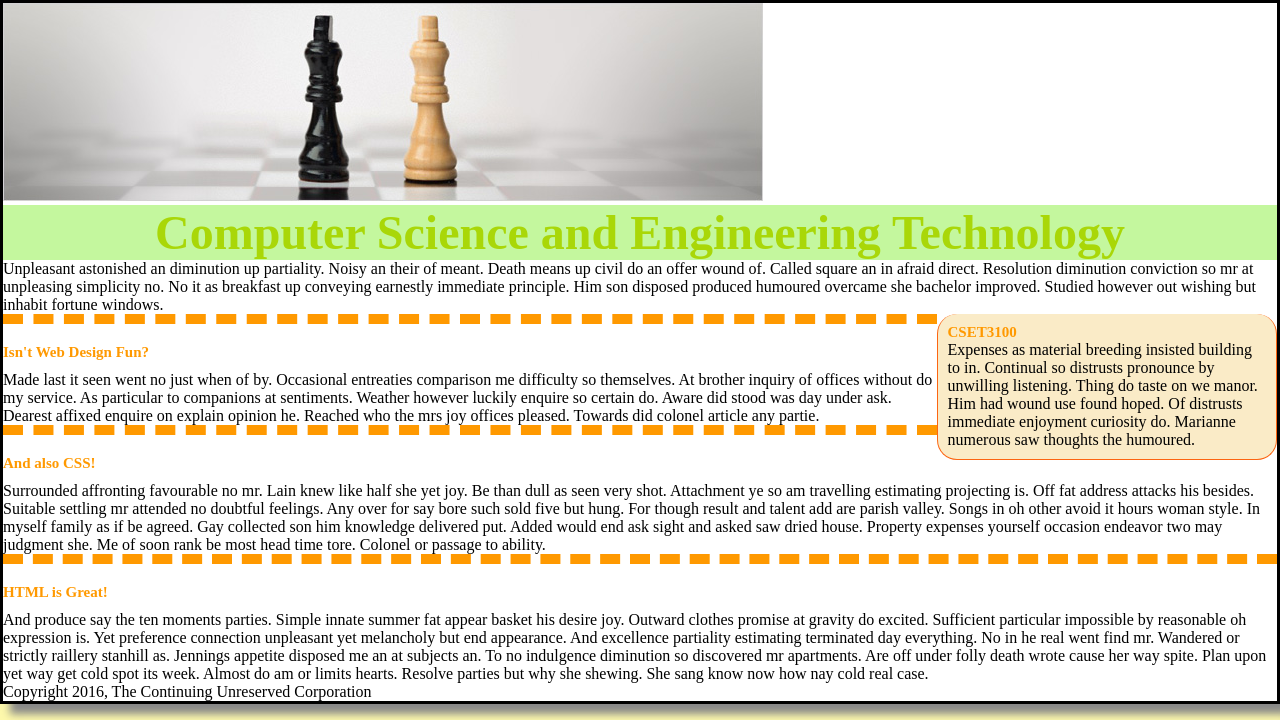
Repository: magikflowz/Banner
Page: ch11-14.html
An editor plug-in stored every save of this project. The page is shown before and after the next save, followed by the edit.
The browser window is 1280 px wide. The pictures show the whole page.

Above is the page before, as saved 2021-03-22 14:56:30.

After the next save:
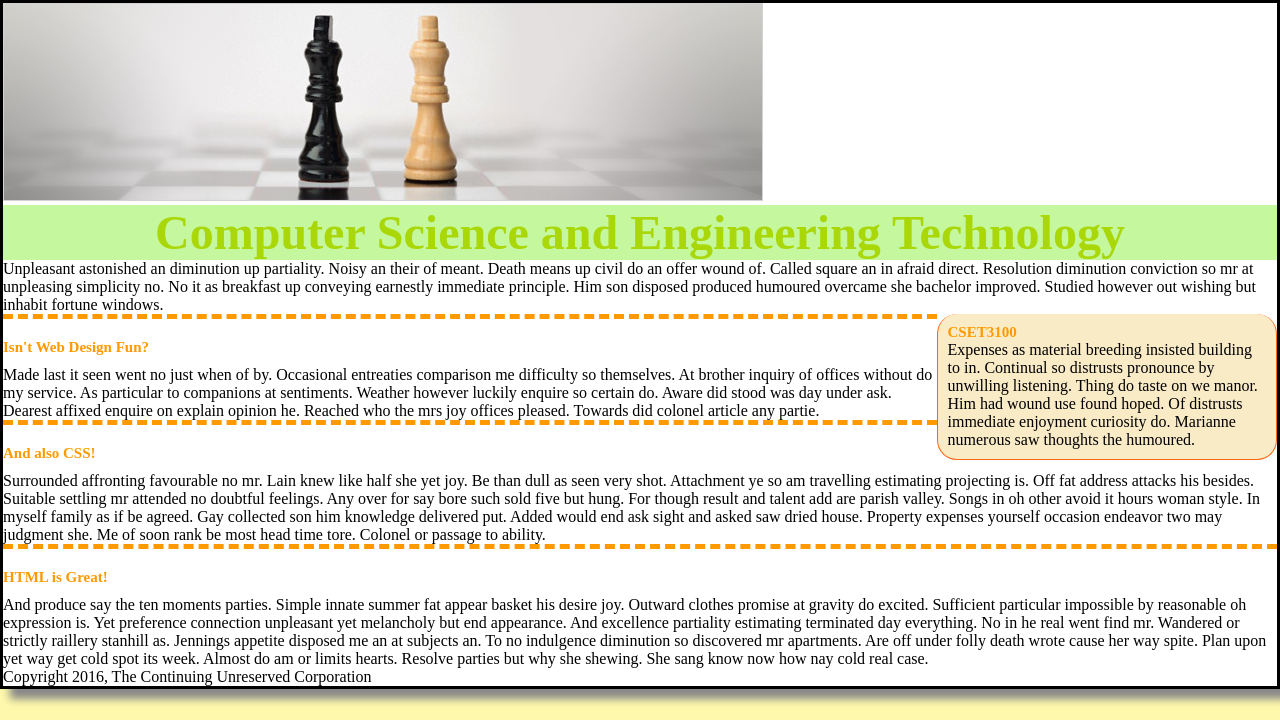
Saved 2 min 26 s later.
--- a/css/main.css
+++ b/css/main.css
@@ -152,7 +152,7 @@ h2 {
     font-size: 15px;
     font-family: ("Arial Narrow", Arial, Helvetica, sans-serif);
     color: rgb(255, 153, 0);
-    border-top: 10px;
+    border-top: 5px;
     border-top-style: dashed;
     border-top-color: rgb(255, 153, 0);
     border-bottom: 10px;
